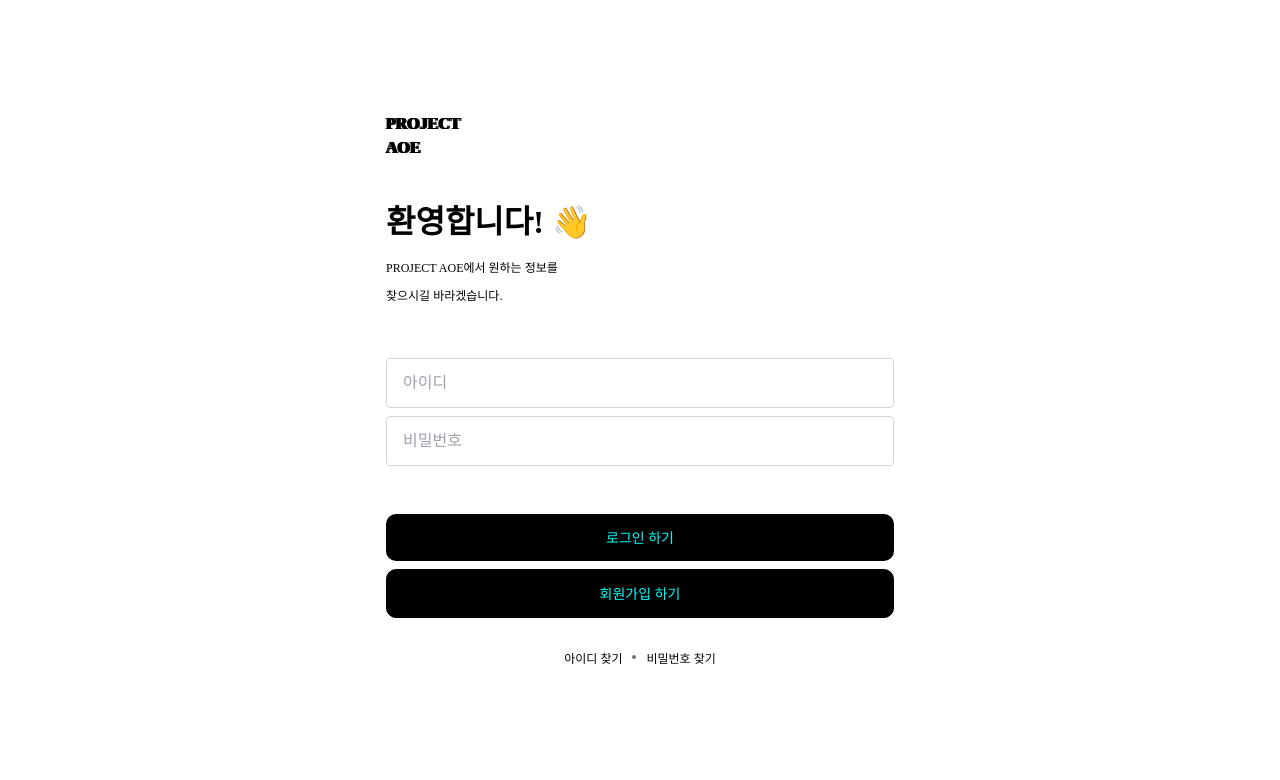
Repository: catapracts/PP
Page: PROJ/build/classes/Login.html
An editor plug-in stored every save of this project. The page is shown before and after the next save, followed by the edit.
The browser window is 1280 px wide. The pictures show the whole page.
Some web fonts or font styles are not loaded; a fallback is used.

Above is the page before, as saved 2024-01-20 22:10:53.

After the next save:
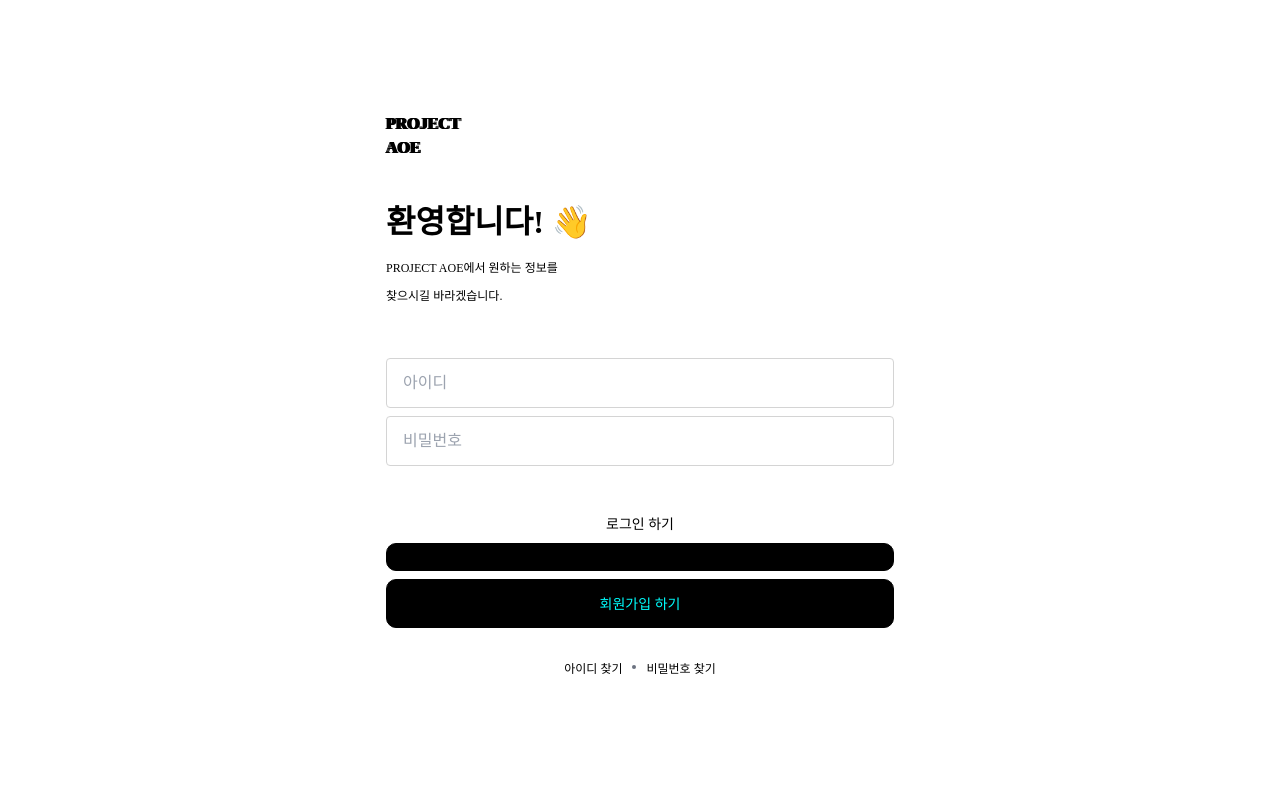
Saved 2 min 19 s later.
--- a/PROJ/build/classes/Login.html
+++ b/PROJ/build/classes/Login.html
@@ -35,7 +35,8 @@
       </div>
       <!-- 버튼 부분-->
       <div class="bottom-button flex items-center flex-col">
-        <button class=" flex justify-center items-center" href="LoginForm.jsp">
+        <button class=" flex justify-center items-center">
+          <a class=" flex justify-center items-center" href="loginForm.jsp">
           <span>로그인 하기</span>
         </button>
         <a class=" flex justify-center items-center" href="MemberCreate.html">
